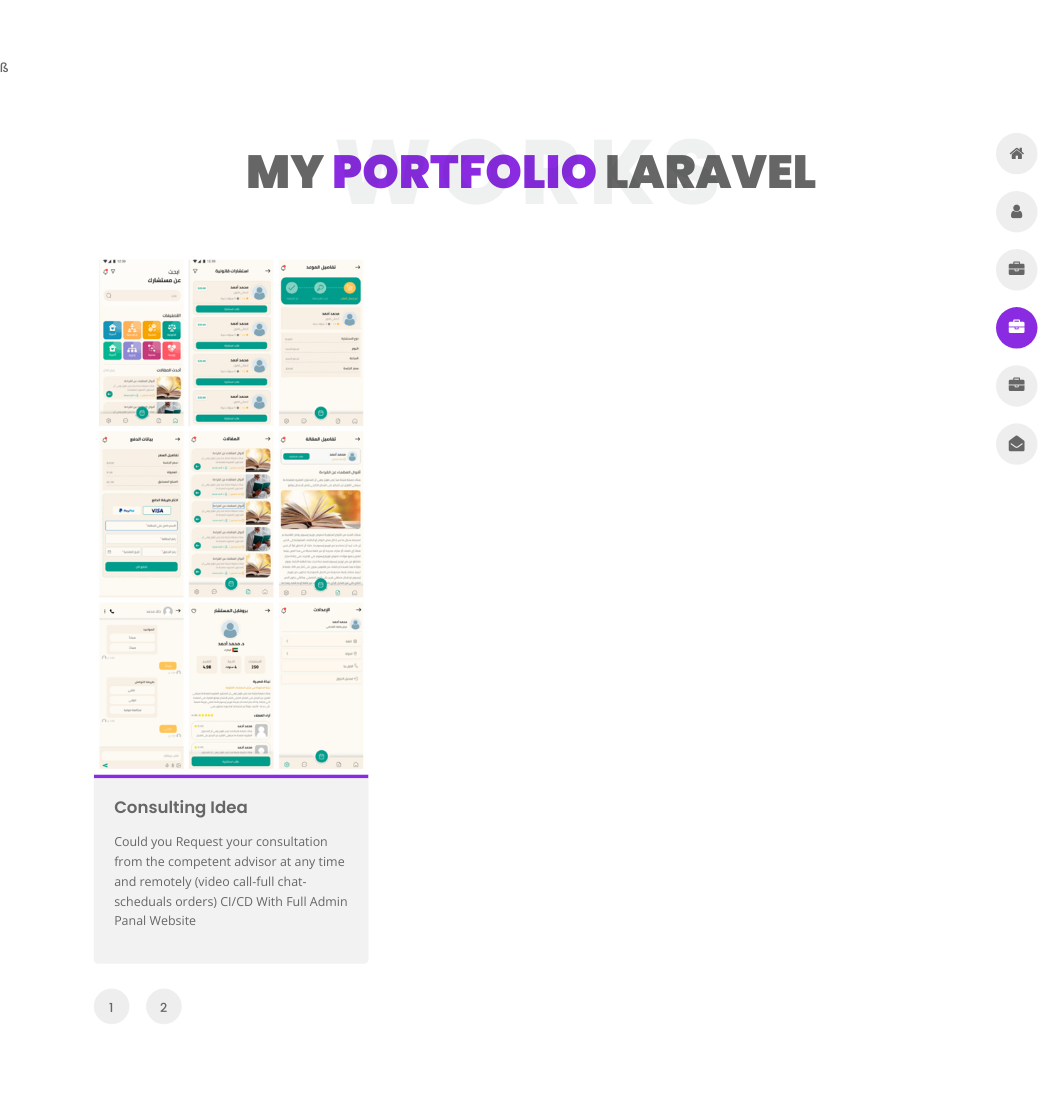
Repository: mhamdimno/mywebsite
Page: portfolioLaravel.html
These files come from the project's save history. The page is drawn as it stood at one moment and after the next save; the edit follows.
The browser window is 1280 px wide. The pictures show the whole page, at 83% of full size.

Above is the page before, as saved 2023-06-03 17:24:54.

After the next save:
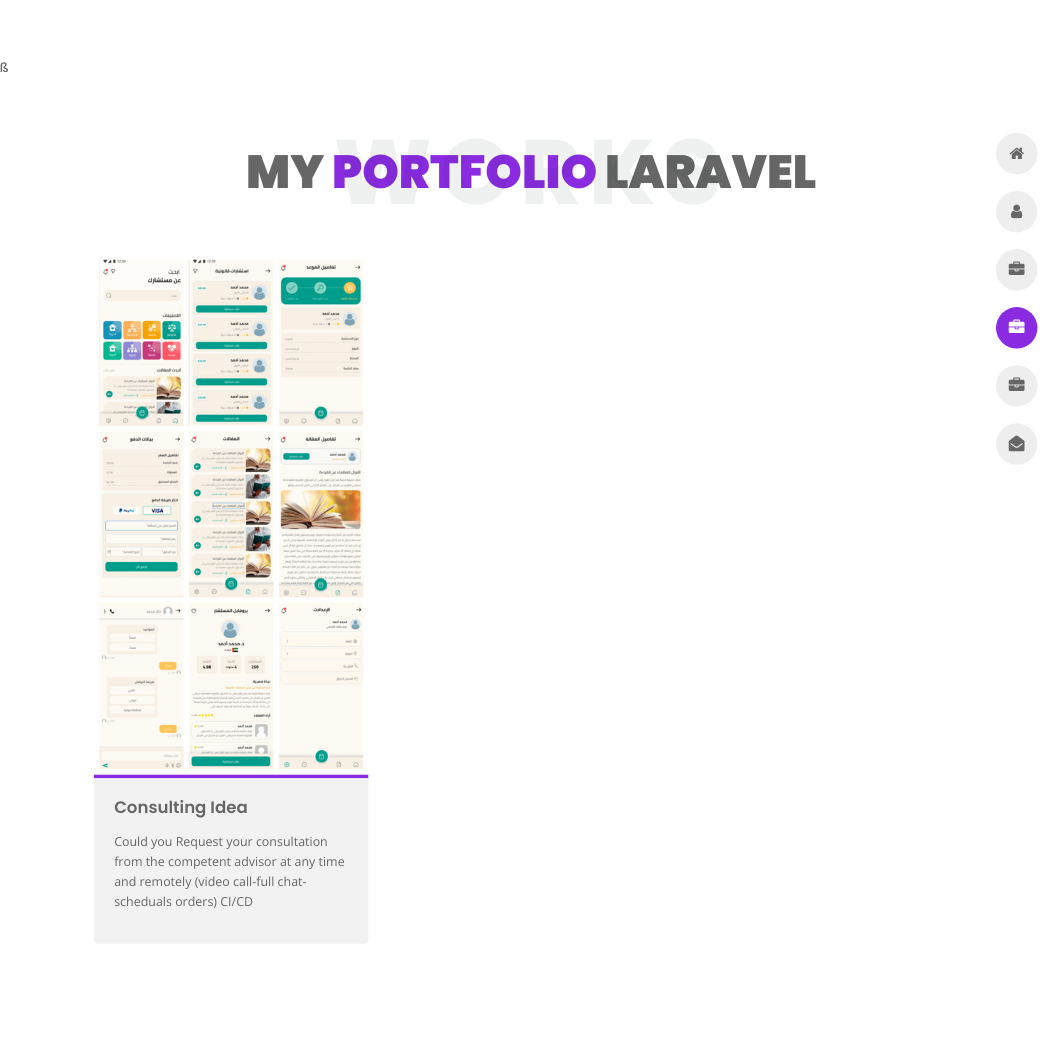
Saved 15 s later.
--- a/portfolioLaravel.html
+++ b/portfolioLaravel.html
@@ -131,7 +131,7 @@
                     Request your consultation
                     from the competent advisor
                     at any time and remotely
-                    (video call-full chat-scheduals orders) CI/CD With Full Admin Panal Website</p>
+                    (video call-full chat-scheduals orders) CI/CD </p>
             </p>
             </div>
         </div>
@@ -141,13 +141,6 @@
 
 
     </div>
-    <nav aria-label="Page navigation example">
-        <ul class="pagination">
-          <li class="page-item"><a class="page-link" href="#">1</a></li>
-          <li class="page-item"><a class="page-link" href="#">2</a></li>
-
-        </ul>
-      </nav>
 
 </section>
 <!-- Main Content Ends -->
